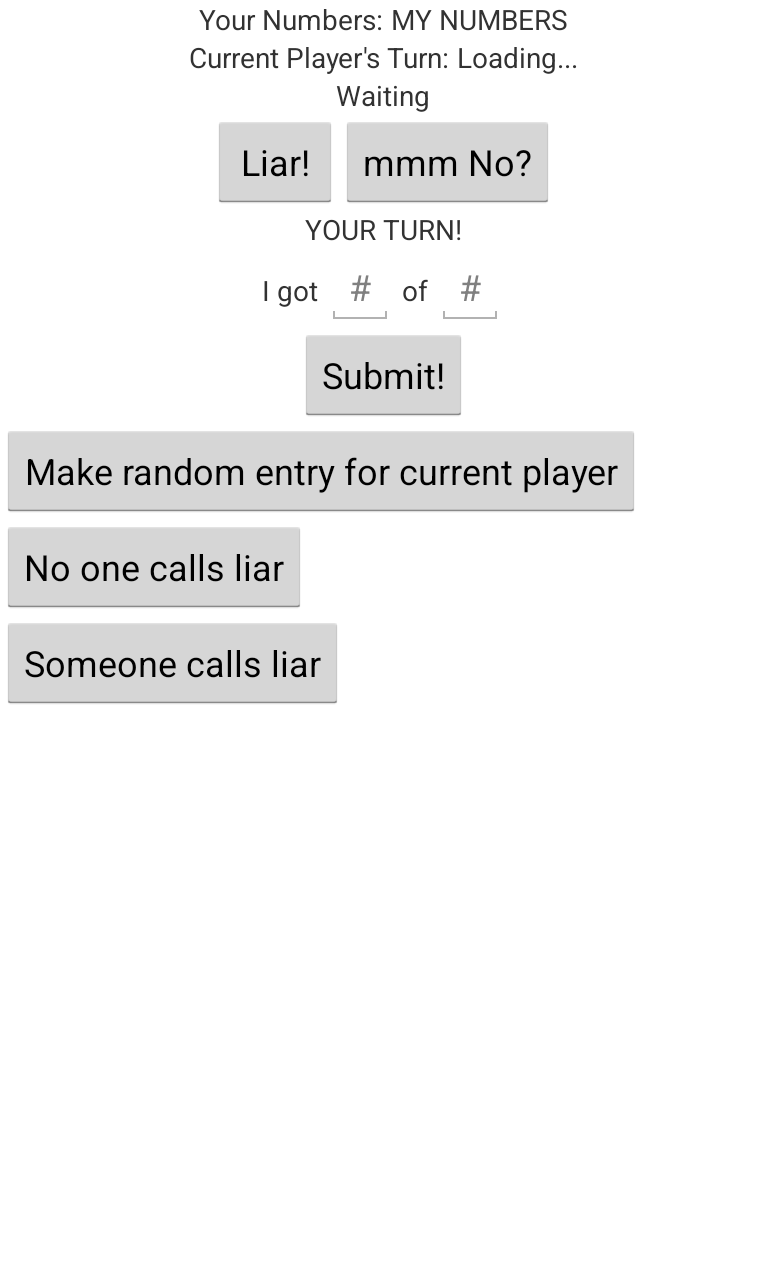
Repository: RayyLim/LiarPoker
Layout: LiarPoker/res/layout/gameroom_main.xml
These files come from the project's save history. The layout is drawn as it stood at one moment and after the next save; the edit follows.
It is drawn on a 768 x 1280 px phone screen (xhdpi) without system bars, with theme AppTheme; the app's code is not run.

Above is the layout before, as saved 2012-07-22 17:57:47.

### LiarPoker/res/layout/gameroom_main.xml
<?xml version="1.0" encoding="utf-8"?>
<LinearLayout xmlns:android="http://schemas.android.com/apk/res/android"
    android:layout_width="match_parent"
    android:layout_height="match_parent"
    android:orientation="vertical" >

    <LinearLayout
        android:layout_width="wrap_content"
        android:layout_height="wrap_content"
        android:layout_gravity="center_horizontal" >

        <TextView
            android:id="@+id/meLabel"
            android:layout_width="wrap_content"
            android:layout_height="wrap_content"
            android:text="Your Numbers: " />

        <TextView
            android:id="@+id/mynumbersLabel"
            android:layout_width="wrap_content"
            android:layout_height="wrap_content"
            android:text="MY NUMBERS" />
    </LinearLayout>

    <LinearLayout
        android:id="@+id/notMyTurnLayout"
        android:layout_width="wrap_content"
        android:layout_height="wrap_content"
        android:layout_gravity="center_horizontal"
        android:orientation="vertical" >

        <LinearLayout
            android:layout_width="wrap_content"
            android:layout_height="wrap_content"
            android:layout_gravity="center_horizontal" >

            <TextView
                android:layout_width="wrap_content"
                android:layout_height="wrap_content"
                android:text="Current Player&apos;s Turn: " />

            <TextView
                android:id="@+id/currentPlayerLabel"
                android:layout_width="wrap_content"
                android:layout_height="wrap_content"
                android:text="Loading..." />
        </LinearLayout>

        <TextView
            android:id="@+id/currentPlayerHasLabel"
            android:layout_width="wrap_content"
            android:layout_height="wrap_content"
            android:layout_gravity="center_horizontal"
            android:text="Waiting" />

        <LinearLayout
            android:layout_width="wrap_content"
            android:layout_height="wrap_content"
            android:layout_gravity="center_horizontal" >

            <Button
                android:id="@+id/liarButton"
                android:layout_width="wrap_content"
                android:layout_height="wrap_content"
                android:onClick="LiarButtonPressed"
                android:text="Liar!" />

            <Button
                android:id="@+id/notLiarButton"
                android:layout_width="wrap_content"
                android:layout_height="wrap_content"
                android:onClick="NotLiarButtonPressed"
                android:text="mmm No?" />
        </LinearLayout>
    </LinearLayout>

    <LinearLayout
        android:id="@+id/myTurnLayout"
        android:layout_width="wrap_content"
        android:layout_height="wrap_content"
        android:layout_gravity="center_horizontal"
        android:orientation="vertical" >

        <TextView
            android:layout_width="wrap_content"
            android:layout_height="wrap_content"
            android:layout_gravity="center_horizontal"
            android:text="YOUR TURN!" />

        <LinearLayout
            android:layout_width="wrap_content"
            android:layout_height="wrap_content"
            android:layout_gravity="center_horizontal"
            android:orientation="horizontal" >

            <TextView
                android:layout_width="wrap_content"
                android:layout_height="wrap_content"
                android:text="I got " />

            <EditText
                android:id="@+id/igotamount"
                android:layout_width="wrap_content"
                android:layout_height="wrap_content"
                android:layout_weight="1"
                android:hint="#"
                android:inputType="numberDecimal"
                android:maxLength="1" />

            <TextView
                android:layout_width="wrap_content"
                android:layout_height="wrap_content"
                android:text=" of " />

            <EditText
                android:id="@+id/igotnumber"
                android:layout_width="wrap_content"
                android:layout_height="wrap_content"
                android:layout_weight="1"
                android:hint="#"
                android:inputType="numberDecimal"
                android:maxLength="1" />
        </LinearLayout>

        <Button
            android:id="@+id/submitButton"
            android:layout_width="wrap_content"
            android:layout_height="wrap_content"
            android:layout_gravity="center_horizontal"
            android:onClick="submit"
            android:text="Submit!" />
    </LinearLayout>

    <Button
        android:id="@+id/testRandomEntryForPlayer"
        android:layout_width="wrap_content"
        android:layout_height="wrap_content"
        android:onClick="fakeRandomCurrentPlayerHas"
        android:text="Make random entry for current player" />

    <Button
        android:id="@+id/fakeNoOneCallsLiar"
        android:layout_width="wrap_content"
        android:layout_height="wrap_content"
        android:onClick="fakeNoOneCallsLiar"
        android:text="No one calls liar" />

    <Button
        android:id="@+id/fakeSomeoneCallsLiar"
        android:layout_width="wrap_content"
        android:layout_height="wrap_content"
        android:onClick="fakeSomeoneCallsLiar"
        android:text="Someone calls liar" />

</LinearLayout>

Loaded but not shown: LiarPoker/res/values-v11/styles.xml (common file); LiarPoker/res/values-v14/styles.xml (common file); LiarPoker/res/values/styles.xml (common file)

After the next save:
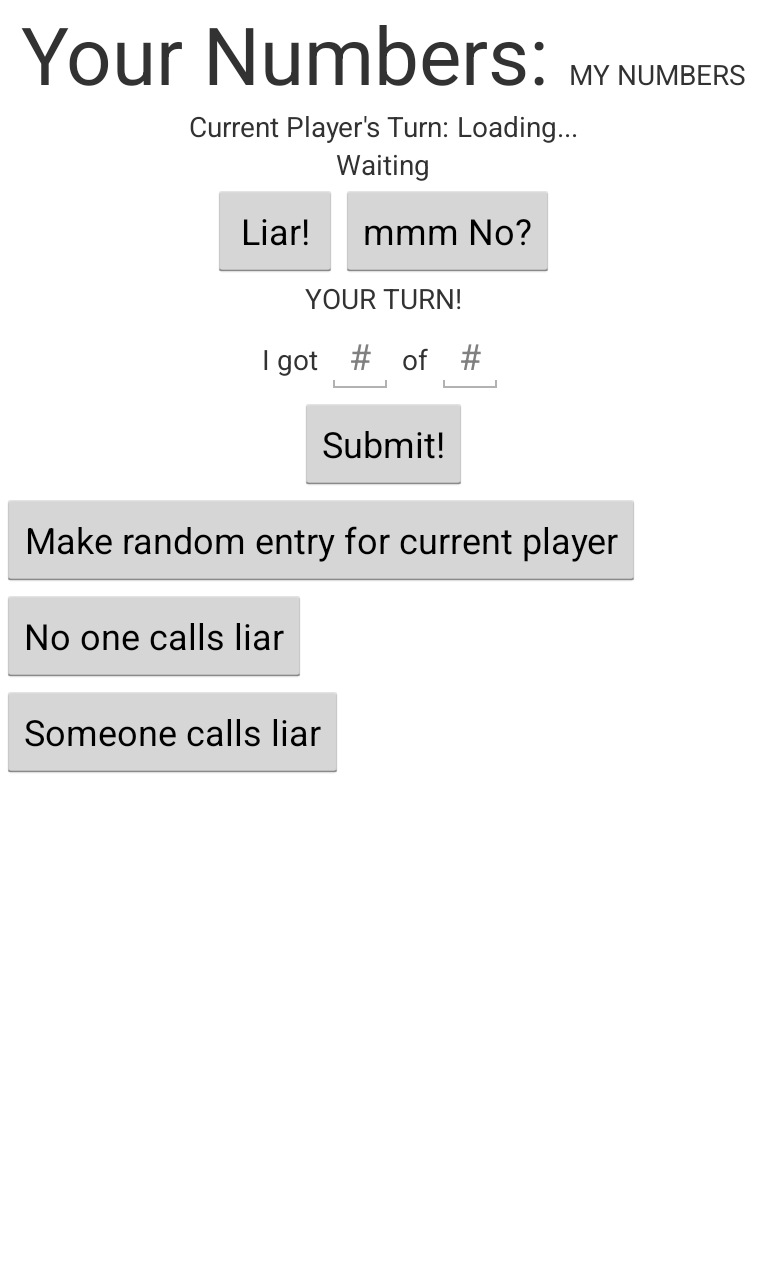
Saved 3 min 18 s later.
--- a/LiarPoker/res/layout/gameroom_main.xml
+++ b/LiarPoker/res/layout/gameroom_main.xml
@@ -9,11 +9,13 @@
         android:layout_height="wrap_content"
         android:layout_gravity="center_horizontal" >
 
+
         <TextView
             android:id="@+id/meLabel"
             android:layout_width="wrap_content"
             android:layout_height="wrap_content"
-            android:text="Your Numbers: " />
+            android:text="Your Numbers: "
+            android:textSize="40dp" />
 
         <TextView
             android:id="@+id/mynumbersLabel"
